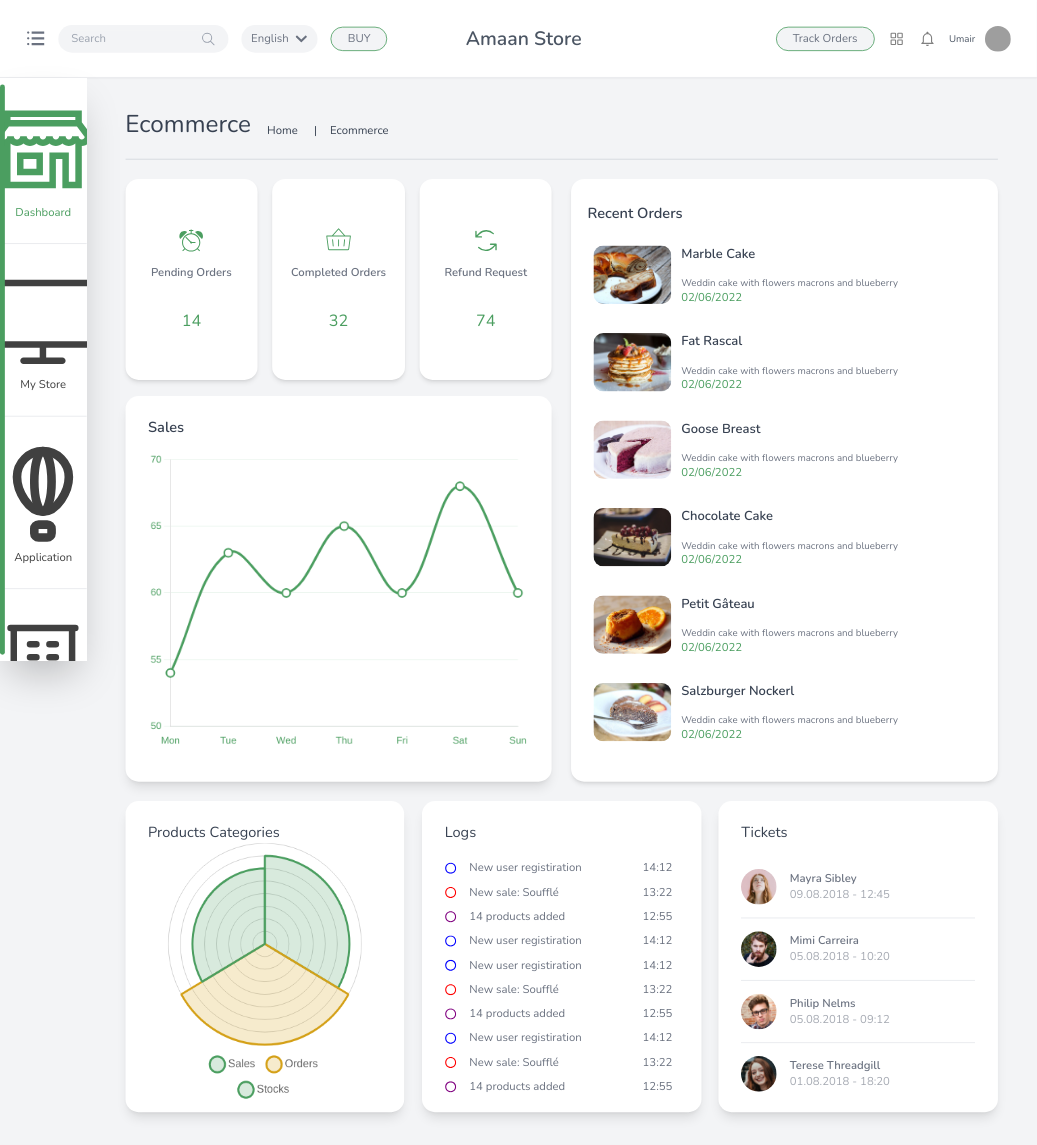
Repository: Ahsans-code/amaanstore
Page: / (app in client/)
An editor plug-in stored every save of this project. The page is shown before and after the next save, followed by the edit.
The browser window is 1280 px wide. The pictures show the whole page, at 81% of full size.
Pictures or frames that could not be fetched are drawn as grey boxes. An inner scrolling area shows only its first screen. The project was rebuilt for these pictures with package versions that can differ from the ones it lists, and the page was loaded fresh each time. Also part of the build but not shown: client/vite.config.js, client/src/pages/Mystore.jsx, client/src/pages/Application.jsx, client/src/pages/UI.jsx, client/src/pages/Menu.jsx.

Above is the page before, as saved 2024-11-05 23:32:46.

### client/src/main.jsx
import { StrictMode } from 'react'
import { createRoot } from 'react-dom/client'
import './index.css'
import App from './App.jsx'
import {
  createBrowserRouter,
  RouterProvider,
} from "react-router-dom";
import Home from './pages/Home.jsx';
import Mystore from './pages/Mystore.jsx';
import Application from './pages/Application.jsx';
import UI from './pages/UI.jsx';
import Menu from './pages/Menu.jsx';

const router = createBrowserRouter([
  {
    path: "/",
    element: <App />,
    children: [{
      path: "/",
      element: <Home />,
    },
    {
      path: "/Dashboard",
      element: <Home />,
    },
    {
      path:'/My Store',
      element:<Mystore/>
    },
    {
      path:'Application',
      element:<Application/>
    },
    {
      path:'/UI',
      element:<UI/>
    }
    ,
    {
      path:'/Menu',
      element:<Menu/>
    }
    ]
  },
]);

createRoot(document.getElementById('root')).render(
  <StrictMode>
    <RouterProvider router={router} />
  </StrictMode>,
)

### client/src/App.jsx
import { useState } from "react";
import { Routes, BrowserRouter as Router, Route, Outlet } from "react-router-dom";
import './App.css'
// import Dashboard from "./pages/dashboard/dashboard";
import Header from "./components/Header";
// import Signup from "./pages/auth/Signup";
// import SignIn from "./pages/auth/Signin";
// import Stores from "./pages/stores/Stores";
// import CreateNewStore from "./pages/stores/CreateNewStore";
// import AllOrders from "./pages/orders/AllOrders";
import Sidebar from "./components/Sidebar";


// const routes = [
// 	{ path: "/", element: <Home /> },
// 	{ path: "/dashboard", element: <Dashboard /> },
// 	{ path: "/signup", element: <Signup /> },
// 	{ path: "/signin", element: <SignIn /> },
// 	{ path: "/stores", element: <Stores /> },
// 	{ path: "/create-new-store", element: <CreateNewStore /> },
// 	{ path: "/orders", element: <AllOrders /> },
// 	{ path: "/order-details/:id", element: <OrderDetails /> },
// ];

const App = () => {
	const [sidebarOpen, setSidebarOpen] = useState(true);

	const toggleSidebar = () => {
		setSidebarOpen(!sidebarOpen);
	};

	return (
		<div className="">
			<Header toggleSidebar={toggleSidebar} />
			<div
				className={`flex transition-all duration-300 ${sidebarOpen ? "w-11/12 " : "w-full"
					} absolute right-0 pt-24 `}
			>
				<Outlet />

			</div>
			<Sidebar sidebarOpen={sidebarOpen} />

		</div>

	);
};

export default App;

### client/src/pages/Home.jsx
import Heading from "../components/Heading";
import { GiAlarmClock } from "react-icons/gi";
import { PiBasketThin } from "react-icons/pi";
import { PiArrowsCounterClockwiseLight } from "react-icons/pi";
import r1 from '../images/marble-cake.jpg'
import r2 from '../images/fat-rascal.jpg'
import r3 from '../images/goose-breast.jpg'
import r4 from '../images/chocolate-cake.jpg'
import r5 from '../images/petit.jpg'
import r6 from '../images/salzbur.jpg'
import Logs from "../components/Logs";
import Ticket from "../components/Ticket";
import PolarAreaChart from "../components/PolarAreaChart";
import SalesChart from "../components/SalesChart";

const Home = () => {
	const iconcard = [
		{
			icon: <GiAlarmClock />,
			title: 'Pending Orders',
			number: '14'
		},
		{
			icon: <PiBasketThin />,
			title: 'Completed Orders',
			number: '32'
		},
		{
			icon: <PiArrowsCounterClockwiseLight />,
			title: 'Refund Request',
			number: '74'
		}

	]
	const recentOrders = [
		{
			image: r1,
			Name: 'Marble Cake',
			description: 'Weddin cake with flowers macrons and blueberry',
			date: '02/06/2022'
		},
		{
			image: r2,
			Name: 'Fat Rascal',
			description: 'Weddin cake with flowers macrons and blueberry',
			date: '02/06/2022'
		},
		{
			image: r3,
			Name: 'Goose Breast',
			description: 'Weddin cake with flowers macrons and blueberry',
			date: '02/06/2022'
		},
		{
			image: r4,
			Name: 'Chocolate Cake',
			description: 'Weddin cake with flowers macrons and blueberry',
			date: '02/06/2022'
		},
		{
			image: r5,
			Name: 'Petit Gâteau',
			description: 'Weddin cake with flowers macrons and blueberry',
			date: '02/06/2022'
		},
		{
			image: r6,
			Name: 'Salzburger Nockerl',
			description: 'Weddin cake with flowers macrons and blueberry',
			date: '02/06/2022'
		},
		{
			image: r1,
			Name: 'Marble Cake',
			description: 'Weddin cake with flowers macrons and blueberry',
			date: '02/06/2022'
		},
		{
			image: r2,
			Name: 'Fat Rascal',
			description: 'Weddin cake with flowers macrons and blueberry',
			date: '02/06/2022'
		},
		{
			image: r3,
			Name: 'Goose Breast',
			description: 'Weddin cake with flowers macrons and blueberry',
			date: '02/06/2022'
		},
		{
			image: r4,
			Name: 'Chocolate Cake',
			description: 'Weddin cake with flowers macrons and blueberry',
			date: '02/06/2022'
		},
		{
			image: r5,
			Name: 'Petit Gâteau',
			description: 'Weddin cake with flowers macrons and blueberry',
			date: '02/06/2022'
		},
		{
			image: r6,
			Name: 'Salzburger Nockerl',
			description: 'Weddin cake with flowers macrons and blueberry',
			date: '02/06/2022'
		},
	]
	return (
		<div className="w-full   px-12 py-10 bg-gray-100  text-gray-700">
			<Heading title={'Ecommerce'} sub1={'Home'} sub2={'Ecommerce'} />
			<div className="flex flex-col lg:flex-row items-start py-6 lg:h-[110vh] ">
				<div className="w-full lg:w-1/2 h-full max-lg:pb-4 lg:pr-3">
					<div className="flex items-center justify-between  w-full h-1/3 ">
						{
							iconcard.map((item) => (
								<div className="w-[31%]  h-full">
									<div className="h-full max-lg:py-4 flex flex-col items-center justify-center bg-white rounded-2xl shadow-md ">
										<p className="text-4xl text-[#4B9E60]">{item.icon}</p>

										<p className="pt-3 text-gray-500 text-sm font-semibold">{item.title}</p>
										<p className="pt-9 text-[#4B9E60] text-xl">{item.number}</p>
									</div>
								</div>
							))
						}

					</div>
					<div className="pt-5 h-2/3">

						<SalesChart />
					</div>
				</div>
				<div className="w-full lg:w-1/2 lg:pl-3 h-full ">
					<div className="bg-white shadow-md p-5 rounded-2xl h-full">
						<h2 className="text-lg font-semibold py-2">Recent Orders</h2>
						<div className=" h-[90%] custom-scrollbar">
							{
								recentOrders.map((item) => (
									<div className="w-full py-4 px-2 flex items-center gap-3 ">
										<img className="w-24 rounded-xl" src={item.image} alt="recently ordered" />
										<div className="flex justify-between flex-col p-0 h-full ">
											<p className="font-semibold text-base ">{item.Name}</p>
											<p className="text-gray-500 text-xs pt-4">{item.description}</p>
											<p className="text-sm text-[#4B9E60]">{item.date}</p>
										</div>
									</div>
								))
							}
						</div>
					</div>
				</div>
			</div>

			<div className="w-full flex items-start justify-between  ">
				<div className="w-[32%]">

					<PolarAreaChart />


				</div>
				<div className="w-[32%]">
					<Logs />

				</div>
				<div className="w-[32%]">

					<Ticket />

				</div>
			</div>
		</div>
	)
};

export default Home;

### client/src/App.css

@import url('https://fonts.googleapis.com/css2?family=Inter:ital,opsz,wght@0,14..32,100..900;1,14..32,100..900&family=Nunito:ital,wght@0,200..1000;1,200..1000&display=swap');
*{
      font-family: "Nunito", sans-serif;
}
.custom-scrollbar {
    overflow-y: scroll;
    /* height: 200px; Example height */


}
.custom-scrollbar::-webkit-scrollbar-thumb {
    background: transparent;
    border-radius: 100%;

}
.custom-scrollbar:hover::-webkit-scrollbar-thumb{
    background-color: #cccccc8f;
}

.custom-scrollbar::-webkit-scrollbar {
    width: 4px;

}

.custom-scrollbar::-webkit-scrollbar-track {
    background: transparent;
}

.custom-scrollbar::-webkit-scrollbar-thumb {
    background: transparent;
    border-radius: 5px;

}

.custom-scrollbar::-webkit-scrollbar-thumb:hover {
    background: #ccc;
}

### client/src/components/Sidebar.jsx
import { useState } from "react";
import { SlScreenDesktop } from "react-icons/sl";
import { LiaStoreAltSolid } from "react-icons/lia";
import { TbAirBalloon } from "react-icons/tb";
import { HiOutlineBuildingOffice } from "react-icons/hi2";
import { TbArrowBearRight2 } from "react-icons/tb";

import { useNavigate } from "react-router-dom";

const Sidebar = ({ sidebarOpen }) => {
  const [activeIndex, setActiveIndex] = useState(0);

  const menuItems = [
    { icon: LiaStoreAltSolid, label: "Dashboard" },
    { icon: SlScreenDesktop, label: "My Store" },
    { icon: TbAirBalloon, label: "Application" },
    { icon: HiOutlineBuildingOffice, label: "UI" },
    { icon: TbArrowBearRight2, label: "Menu" },
  ];

  const navigate = useNavigate();
  const handleNavigation = (label) => {
    navigate(`${label}`);
  };

  return (
    <div
      className={`fixed z-50 top-0 md:top-24 left-0 h-full md:h-screen bg-white text-sm transition-transform duration-300 ease-in-out shadow-2xl custom-scrollbar
        ${sidebarOpen ? "translate-x-0" : "-translate-x-full"}
        w-3/4 sm:w-1/3 md:w-1/5 lg:w-1/6 xl:w-1/12`}
      style={{ fontFamily: "'Roboto', sans-serif" }}
    >
      <div>
        <ul className="space-y-2">
          {menuItems.map((item, index) => {
            const Icon = item.icon;
            const isActive = activeIndex === index;

            return (
              <li
                key={index}
                onClick={() => {
                  handleNavigation(item.label);
                  setActiveIndex(index);
                }}
                className={`menuItem flex flex-col py-4 md:py-6 items-center cursor-pointer border-b-[1px] border-gray-200 last:border-0
                  ${isActive ? "text-[#4B9E60]" : "text-[#404040]"}
                  ${isActive ? "before:content-[''] before:absolute before:left-0 before:top-2 before:bottom-2 before:w-[6px] before:bg-[#4B9E60] before:rounded-full" : ""}
                `}
                style={{ fontWeight: 300 }}
              >
                <Icon size={24} className="md:size-32" />
                <p className="py-1 text-xs md:text-sm" style={{ fontWeight: 300 }}>
                  {item.label}
                </p>
              </li>
            );
          })}
        </ul>
      </div>
    </div>
  );
};

export default Sidebar;

### client/src/components/Heading.jsx
import React from 'react'

export default function Heading({title,sub1,sub2,sub3,sub4}) {
    return (
        <div className=''>
            <div className='border-b-[1px] text-gray-700 border-gray-300 flex gap-5 pb-6  items-end '>

                <h1 className='text-3xl'>{title}</h1>
                <p className='text-sm'>{sub1} </p>
                <p  className='text-sm'>{sub2&&<span className='pr-4'>|</span>}{sub2} </p>
                <p className='text-sm'>{sub3&&<span className='pr-4'>|</span>}{sub3} </p>
                <p className='text-sm'>{sub4&&<span className='pr-4'>|</span>}{sub4}</p>
            </div>
        </div>
    )
}

### client/src/components/Logs.jsx
import React from 'react'
import { FaRegCircle } from "react-icons/fa";
export default function Logs() {
    const logsData = [
        {
            log: 'New user registiration',
            date: '14:12',
            color: 'blue'
        },
        {
            log: 'New sale: Soufflé',
            date: '13:22',
            color: 'red'
        },
        {
            log: '14 products added',
            date: '12:55',
            color: 'purple'
        },
        {
            log: 'New user registiration',
            date: '14:12',
            color: 'blue'
        },
        {
            log: 'New user registiration',
            date: '14:12',
            color: 'blue'
        },
        {
            log: 'New sale: Soufflé',
            date: '13:22',
            color: 'red'
        },
        {
            log: '14 products added',
            date: '12:55',
            color: 'purple'
        },
        {
            log: 'New user registiration',
            date: '14:12',
            color: 'blue'
        },
        {
            log: 'New sale: Soufflé',
            date: '13:22',
            color: 'red'
        },
        {
            log: '14 products added',
            date: '12:55',
            color: 'purple'
        },
        {
            log: 'New user registiration',
            date: '14:12',
            color: 'blue'
        },
        {
            log: 'New sale: Soufflé',
            date: '13:22',
            color: 'red'
        },
        {
            log: '14 products added',
            date: '12:55',
            color: 'purple'
        },
    ]
    return (
        <div className="bg-white rounded-2xl px-7 py-2 h-96 w-full shadow-lg overflow-hidden  ">
            <h2 className='py-4 text-lg'>Logs</h2>

            <div className='custom-scrollbar h-[80%] '>
                {logsData.map((log, idx) => (
                    <div key={idx} className='flex items-center py-[5px] text-sm w-full  justify-between text-gray-500'>
                        <div className='flex items-center'>
                            <FaRegCircle color={log.color} className=' justify-start ' />
                            <p className='justify-start pl-4'>{log.log}</p>
                        </div>
                        <p className='pr-2'>{log.date}</p>
                    </div>
                ))
                }
            </div>

        </div>
    )
}

### client/src/components/Ticket.jsx
import React from 'react'
import { FaRegCircle } from "react-icons/fa";
import p1 from '../images/p1.jpg'
import p2 from '../images/p2.jpg'
import p5 from '../images/p5.jpg'
import p3 from '../images/p3.jpg'
import p4 from '../images/p4.jpg'
export default function Ticket() {

    const ticketsData = [
        {
            image: p1,
            name: 'Mayra Sibley',
            date: '09.08.2018 - 12:45'
        },
        {
            image: p2,
            name: 'Mimi Carreira',
            date: '05.08.2018 - 10:20'
        },
        {
            image: p3,
            name: 'Philip Nelms',
            date: '05.08.2018 - 09:12'
        },
        {
            image: p4,
            name: 'Terese Threadgill',
            date: '01.08.2018 - 18:20'
        },
        {
            image: p5,
            name: 'Kathryn Mengel',
            date: '27.07.2018 - 11:45'
        },
        {
            image: p1,
            name: 'Mayra Sibley',
            date: '09.08.2018 - 12:45'
        },
        {
            image: p2,
            name: 'Mimi Carreira',
            date: '05.08.2018 - 10:20'
        },
        {
            image: p3,
            name: 'Philip Nelms',
            date: '05.08.2018 - 09:12'
        },
        {
            image: p4,
            name: 'Terese Threadgill',
            date: '01.08.2018 - 18:20'
        },
        {
            image: p5,
            name: 'Kathryn Mengel',
            date: '27.07.2018 - 11:45'
        },
    ]
    return (
        <div className="bg-white rounded-2xl px-7 py-2 h-96 w-full shadow-lg overflow-hidden  ">
            <h2 className='py-4 text-lg'>Tickets</h2>

            <div className='custom-scrollbar h-[80%] '>
                {ticketsData.map((ticket, idx) => (
                    <div key={idx} className='flex items-center py-4 border-b-[1px] text-sm w-full  text-gray-500'>
                        <img src={ticket.image} alt="" className='w-11 rounded-full ' />
                        <div className='flex flex-col justify-between pl-4'>
                            <p className='font-semibold'>{ticket.name}</p>
                            <p className='opacity-60'>{ticket.date}</p>
                        </div>

                    </div>
                ))
                }
            </div>

        </div>
    )
}

### client/src/components/PolarAreaChart.jsx
import React from 'react';
import { PolarArea } from 'react-chartjs-2';
import { Chart as ChartJS, RadialLinearScale, ArcElement, Tooltip, Legend } from 'chart.js';

ChartJS.register(RadialLinearScale, ArcElement, Tooltip, Legend);

function PolarAreaChart() {
    const data = {
        labels: ['Sales', 'Orders', 'Stocks'],
        // padding:'20px',
        datasets: [
            {
                label: 'My Dataset',
                data: [7,8,6], // Example data
                backgroundColor: [
                    '#4b9e6037',
                    '#D4A01737',
                    '#4b9e6037',
                ],
                borderColor: [
                    '#4B9E60',
                    '#D4A017',
                    '#4B9E60',
                ],
                borderWidth: 3,
                // boxShadow:'-20px 20px 20px black '

            },
        ],
    };

    const options = {
        responsive: true,
        maintainAspectRatio: false,
        plugins: {
            legend: {
                position: 'bottom',

                labels:{
                    usePointStyle: true, // This makes the legend use point style
                    pointStyle: 'circle', // Specifies the circle shape for the legend
                    padding: 20,
                    font: {
                        size: 16, // Change this to the desired font size
                      },

                }

            },
        },
        scales: {

            r: {
                grid: {
                    color: 'rgba(0, 0, 0, 0.2)',

                },
                ticks: {
                    display:false
                    // backdropColor: 'transparent',
                },
            },
        },
    };

    return (
        <div className="bg-white rounded-2xl px-7 py-2 h-96 w-full shadow-lg">
            <h2 className='py-4 text-lg'>Products Categories</h2>

            <PolarArea className='p-6   -translate-y-10  ' data={data} options={options} />

        </div>

    );
}

export default PolarAreaChart;

### client/src/components/SalesChart.jsx
import React from 'react';
import { Line } from 'react-chartjs-2';
import { Chart as ChartJS, LineElement, CategoryScale, LinearScale, PointElement, Tooltip, Legend } from 'chart.js';

ChartJS.register(LineElement, CategoryScale, LinearScale, PointElement, Tooltip, Legend);

function SalesChart() {
    const data = {
        labels: ['Mon', 'Tue', 'Wed', 'Thu', 'Fri', 'Sat', 'Sun'],
        datasets: [
            {
                label: 'Weekly Data',
                data: [54, 63, 60, 65, 60, 68, 60], // Example data points
                borderColor: '#4B9E60',
                backgroundColor: 'rgba(75, 158, 96, 0.2)', // Light green for the area under the line
                borderWidth: 3,
                tension: 0.4, // Smooth curve
                pointBackgroundColor: '#fff',
                pointBorderColor: '#4B9E60',
                pointBorderWidth: 2,
                pointRadius: 5,
                fill: true, // Fills the area under the line
            },
        ],
    };

    const options = {
        responsive: true,
        maintainAspectRatio: false,
        plugins: {
            legend: {
                display: false,

                labels: {
                    color: '#4B9E60', // Label color
                    font: {
                        size: 14,
                    },
                },
            },
        },
        scales: {
            x: {
                grid: {
                    display: false, // Removes the grid lines from the x-axis
                },
                ticks: {

                    color: '#4B9E60', // Tick color
                },
            },
            y: {
                max: 70, // Maximum value of y-axis
                min: 50,
                beginAtZero: false,

                ticks: {
                    stepSize: 5, // Steps of 5
                    color: '#4B9E60',
                },
                grid: {
                    color: 'rgba(75, 158, 96, 0.1)', // Light green grid lines
                },
            },
        },
    };

    return (
        <div className='bg-white rounded-2xl px-7 py-2 shadow-lg h-full custom-scrollbar '>
            <h2 className='py-4 text-lg font-semibold'>Sales</h2>
            <div className='h-[80%]'>
                <Line data={data} options={options} />
            </div>
        </div>
    );
}

export default SalesChart;

### client/src/components/Button.jsx
import React from 'react'

export default function Button({text}) {
    return (
        <button className='bg-gray-100 rounded-full py-1 px-5 text-xs md:text-sm text-gray-500 border border-[#4B9E60] hover:bg-[#4B9E60] hover:text-white transition-all duration-200'>
            {text}
        </button>
    )
}

Loaded but not shown: client/index.html (common file); client/src/index.css (common file); client/tailwind.config.js (common file); client/src/components/Header.jsx (137 lines, source omitted)

After the next save:
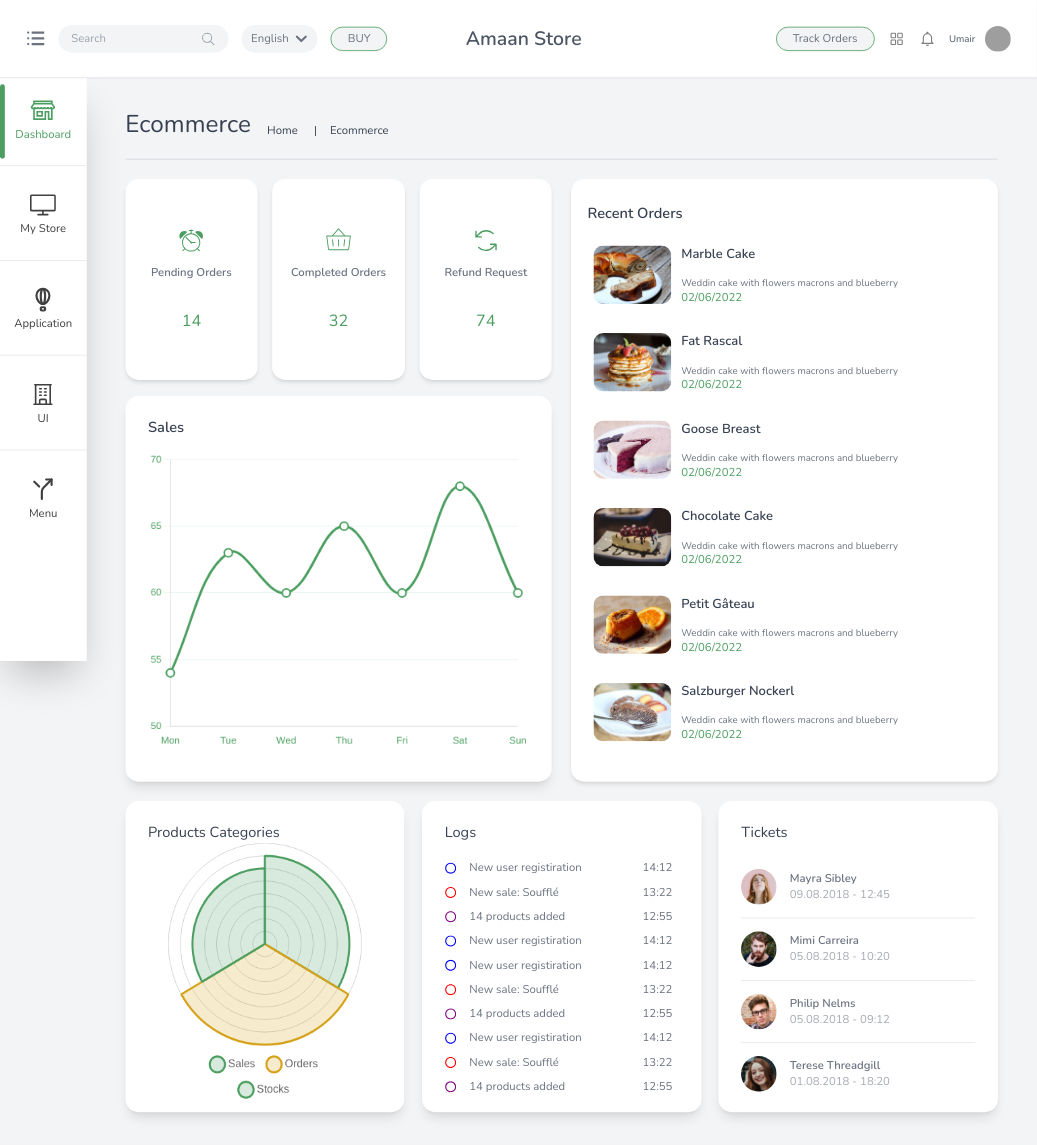
Saved 114 s later.
--- a/client/src/components/Sidebar.jsx
+++ b/client/src/components/Sidebar.jsx
@@ -25,7 +25,7 @@ const Sidebar = ({ sidebarOpen }) => {
 
   return (
     <div
-      className={`fixed z-50 top-0 md:top-24 left-0 h-full md:h-screen bg-white text-sm transition-transform duration-300 ease-in-out shadow-2xl custom-scrollbar
+      className={`fixed top-0 md:top-24 left-0 h-full md:h-screen bg-white text-sm transition-transform duration-300 ease-in-out shadow-2xl custom-scrollbar
         ${sidebarOpen ? "translate-x-0" : "-translate-x-full"}
         w-3/4 sm:w-1/3 md:w-1/5 lg:w-1/6 xl:w-1/12`}
       style={{ fontFamily: "'Roboto', sans-serif" }}
@@ -43,14 +43,15 @@ const Sidebar = ({ sidebarOpen }) => {
                   handleNavigation(item.label);
                   setActiveIndex(index);
                 }}
-                className={`menuItem flex flex-col py-4 md:py-6 items-center cursor-pointer border-b-[1px] border-gray-200 last:border-0
-                  ${isActive ? "text-[#4B9E60]" : "text-[#404040]"}
-                  ${isActive ? "before:content-[''] before:absolute before:left-0 before:top-2 before:bottom-2 before:w-[6px] before:bg-[#4B9E60] before:rounded-full" : ""}
+                className={`menuItem flex flex-col py-6 items-center cursor-pointer border-b-[1px] border-gray-200 relative last:border-0
+                  ${isActive
+                    ? "text-[#4B9E60] before:content-[''] before:absolute before:left-0 before:top-2 before:bottom-2 before:w-[6px] before:bg-[#4B9E60] before:rounded-full"
+                    : "text-[#404040]"}
                 `}
                 style={{ fontWeight: 300 }}
               >
-                <Icon size={24} className="md:size-32" />
-                <p className="py-1 text-xs md:text-sm" style={{ fontWeight: 300 }}>
+                <Icon size={32} />
+                <p className="py-1" style={{ fontWeight: 300 }}>
                   {item.label}
                 </p>
               </li>
